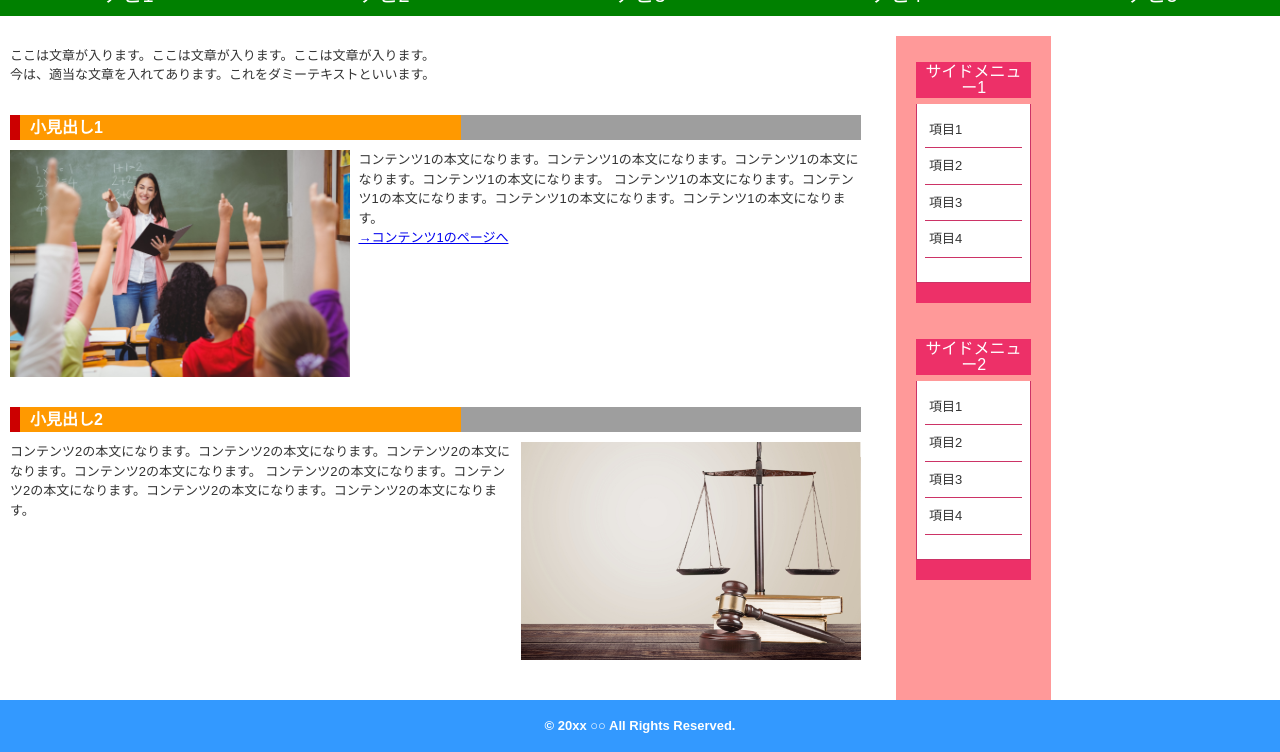
Repository: Kaede-1/samurai_HTML-CSS
Page: webpege/index.html
The author's editor kept a record of every edit. The page is drawn from the files as they stood at one moment, then again after the next edit.
The browser window is 1280 px wide. The pictures show the part of the page from y = 986 to 1738 px (the page is 1738 px tall).
Pictures or frames that could not be fetched are drawn as grey boxes. A picture or video elsewhere on the page could not be fetched, so the positions and the page height are approximate.

Above is the page before.

### webpege/index.html
<!DOCTYPE html>
<html lang="ja">
    <head>
        <meta charset="UTF-8">
        <title>HTML/CSSの学習</title>
        <link rel="stylesheet" href="stylesheet.css">
    </head>
    <body>
        <div id="header">
            <h1><a href="index.html"><img id="corridor" src="images/corridor.jpg" alt="大学の廊下" /></a></h1>
        </div>
        <div id="wrapper">
            <div id="nav">
                <ul>
                    <li><a href="home.html">ナビ1</a></li>
                    <li><a href="#">ナビ2</a></li>
                    <li><a href="#">ナビ3</a></li>
                    <li><a href="#">ナビ4</a></li>
                    <li><a href="#">ナビ5</a></li>
                </ul>
            </div>
            <div id="container">
                <div id="main">
                    <div class="post">
                        <p>ここは文章が入ります。ここは文章が入ります。ここは文章が入ります。<br />今は、適当な文章を入れてあります。これをダミーテキストといいます。</p>
                    </div>
                    <div class="post clearfix">
                        <h2>小見出し1</h2>
                        <img class="left" src="images/classroom.jpg" alt="授業風景" />
                        <p>
                            コンテンツ1の本文になります。コンテンツ1の本文になります。コンテンツ1の本文になります。コンテンツ1の本文になります。
                            コンテンツ1の本文になります。コンテンツ1の本文になります。コンテンツ1の本文になります。コンテンツ1の本文になります。
                        </p>
                        <p><a href="#">→コンテンツ1のページへ</a></p>
                    </div>
                    <div class="post clearfix">
                        <h2>小見出し2</h2>
                        <img class="right" src="images/scale.jpg" alt="天秤" />
                        <p>
                            コンテンツ2の本文になります。コンテンツ2の本文になります。コンテンツ2の本文になります。コンテンツ2の本文になります。
                            コンテンツ2の本文になります。コンテンツ2の本文になります。コンテンツ2の本文になります。コンテンツ2の本文になります。
                        </p>
                    </div>
                </div>
                <div id="side">
                    <div class="box">
                        <h2>サイドメニュー1</h2>
                        <div class="boxBody">
                            <ul>
                                <li>項目1</li>
                                <li>項目2</li>
                                <li>項目3</li>
                                <li>項目4</li>
                            </ul>
                        </div>
                    </div>
                    <div class="box">
                        <h2>サイドメニュー2</h2>
                        <div class="boxBody">
                            <ul>
                                <li>項目1</li>
                                <li>項目2</li>
                                <li>項目3</li>
                                <li>項目4</li>
                            </ul>
                        </div>
                    </div>
                </div>
            </div>
        </div>
        <div id="footer">
            <p>&copy; 20xx ○○ All Rights Reserved.</p>
        </div>
    </body>
</html>

### webpege/stylesheet.css
@charset "utf-8";

body {
	margin: 0;
	padding: 0;
	font-family: "ヒラギノ角ゴ Pro W3", "Hiragino Kaku Gothic Pro", "メイリオ", Meiryo, Osaka, "ＭＳ Ｐゴシック", "MS PGothic", sans-serif;
	color: #333;
	font-size: 13px;
	line-height: 150%;
}

/* -------------------- wrapper -------------------- */
#wrapper {
	width: 100%;
	margin: auto;
	padding: 0px;
	border: 0px;
	background-color: #FFF;
	top: 10px;
}

/* -------------------- header -------------------- */
#header {
	width: 100%;
}
#header h1 {
	margin: 0;
	padding: 0;
}

#corridor {
	width: 100%;
	height: auto;
}

/* -------------------- footer -------------------- */
#footer {
	clear: both;
	width: 100%;
	padding: 3px 0 3px 0;
	background: #39F;
	color: #FFF;
	font-weight: bold;
	text-align: center;
}

/* -------------------- nav -------------------- */
#nav {
	width: 100%;
}
#nav ul {
	display: flex;
	margin: 0;
	padding: 0;
	list-style-type: none;
}
#nav ul li {
	width: 20%;
	text-align: center;
}
#nav ul li a {
	display: block;
	height: 20px;
	margin: 0;
	padding: 10px;
	color: #FFF;
	font-size: 20px;
	text-decoration: none;
	background-color: green;
}
#nav ul li a:hover {
	 filter: drop-shadow(10px 10px 10px black);
}

/* -------------------- container -------------------- */
#container {
	width: 100%;
	margin: auto ;
	padding: auto;
	padding-top: 20px;
	clear: both;
	display: grid;
	grid-template-columns: 70vw 30vw;
}
/* -------------------- main -------------------- */
#main {
	width: 95%;
	padding: 10px 30px 10px 10px;
}
#main h2 {
	margin: 0 0 10px 0;
	padding: 3px 10px 3px 10px;
	color: #FFF;
	font-size: 16px;
	border-left: solid 10px #C00;
	background: #F90 url(../images/main_h2.jpg) right top repeat-y;
}
#main p {
	margin: 0;
	padding: 0;
}
#main .post {
	margin: 0 0 30px 0;
}

#main .post img.right {
	margin: 0 0 0 8px;
}
#main .post img.left {
	margin: 0 8px 0 0;
}

.right {
	float: right;
	width: 40%;
	height: auto;
}
.left {
	float: left;
	width: 40%;
	height: auto;
}

/* -------------------- clearfix -------------------- */
.clearfix {
	zoom: 1;
}
.clearfix:after{
	content: "";
	display: block;
	clear: both;
}

/* -------------------- side -------------------- */
#side {
	float: right;
	width: 30%;
	padding: 20px;
	background-color: #F99;
}
#side .box {
	margin: 0 auto 30px auto;
	padding: 0 0 20px 0;
	background: url(images/side_box.png) bottom no-repeat;
}
#side .box h2 {
	margin: 0;
	padding: 8px;
	text-align: center;
	color: #fff;
	font-size: 16px;
	line-height: 16px;
	font-weight: normal;
	background: url(images/side_box_h2.png) center no-repeat;
}
#side .box .boxBody {
	padding: 8px;
	border-right: solid 1px #C36;
	border-bottom: solid 1px #C36;
	border-left: solid 1px #C36;
	background: #fff;
}
#side .box .boxBody ul {
	margin: 0 0 16px 0;
	padding: 0;
}
#side .box .boxBody ul li {
	padding: 8px 0 8px 4px;
	list-style: none;
	border-bottom: solid 1px #C36;
}
#side .box .boxBody ul li:hover {
	 padding: 8px 0 8px 4px;
	 list-style: none;
	 border-bottom: solid 1px #C36;
	 box-shadow: 0px 4px 4px rgba(0, 0, 0, 0.3);
 }

After the next edit:
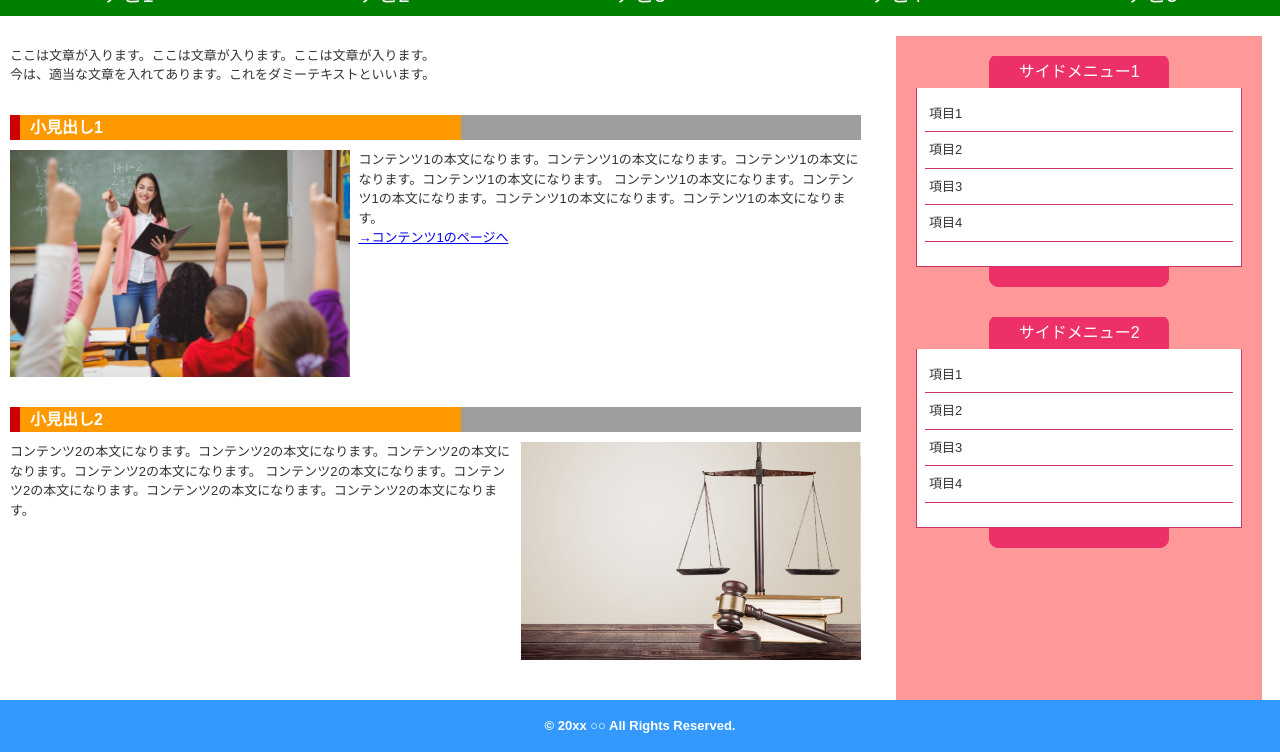
The edit:
--- a/webpege/stylesheet.css
+++ b/webpege/stylesheet.css
@@ -68,8 +68,9 @@
 	text-decoration: none;
 	background-color: green;
 }
+
 #nav ul li a:hover {
-	 filter: drop-shadow(10px 10px 10px black);
+	filter: drop-shadow(10px 10px 10px black);
 }
 
 /* -------------------- container -------------------- */
@@ -133,8 +134,7 @@
 
 /* -------------------- side -------------------- */
 #side {
-	float: right;
-	width: 30%;
+	width: 85%;
 	padding: 20px;
 	background-color: #F99;
 }
@@ -169,9 +169,10 @@
 	list-style: none;
 	border-bottom: solid 1px #C36;
 }
+
 #side .box .boxBody ul li:hover {
-	 padding: 8px 0 8px 4px;
-	 list-style: none;
-	 border-bottom: solid 1px #C36;
-	 box-shadow: 0px 4px 4px rgba(0, 0, 0, 0.3);
- }
+	padding: 8px 0 8px 4px;
+	list-style: none;
+	border-bottom: solid 1px #C36;
+	box-shadow: 0px 4px 4px rgba(0, 0, 0, 0.3);
+}
